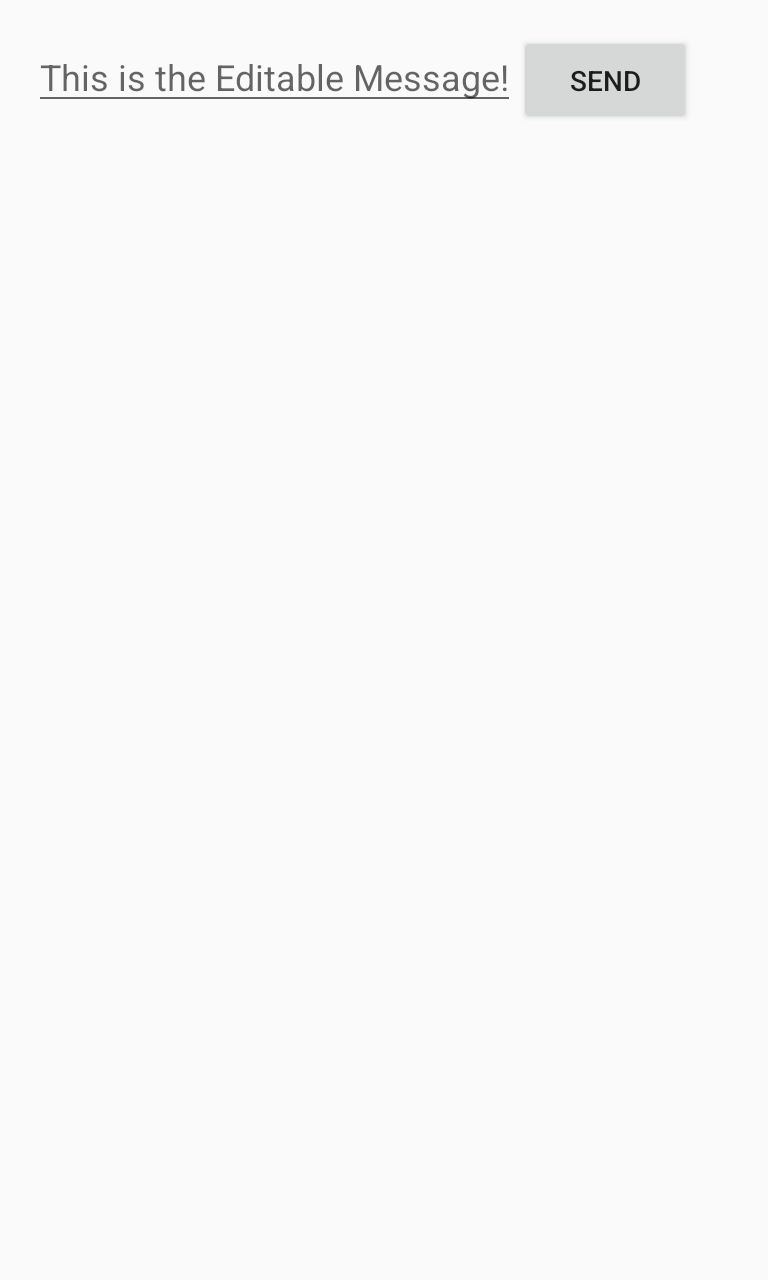
Repository: haidark/rahat
Layout: android/MyFirstApp/res/layout/fragment_main.xml
These files come from the project's save history. The layout is drawn as it stood at one moment and after the next save; the edit follows.
It is drawn on a 768 x 1280 px phone screen (xhdpi) without system bars, with theme AppTheme; the app's code is not run.

Above is the layout before, as saved 2014-04-21 20:50:09.

After the next save:
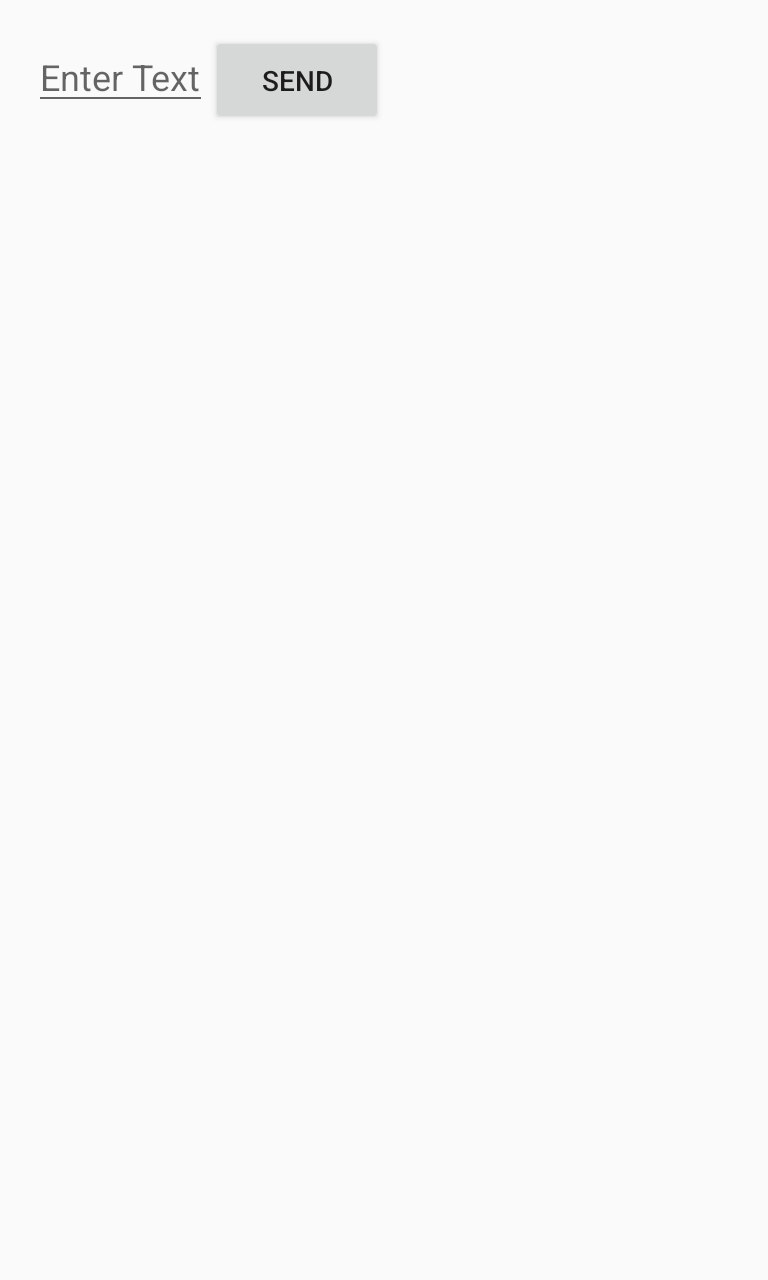
Saved 12 s later.
--- a/android/MyFirstApp/res/values/strings.xml
+++ b/android/MyFirstApp/res/values/strings.xml
@@ -2,7 +2,7 @@
 <resources>
 
     <string name="app_name">My First App</string>
-    <string name="edit_message">This is the Editable Message!</string>
+    <string name="edit_message">Enter Text</string>
     <string name="action_settings">Settings</string>
 	<string name="button_send">Send</string>
 </resources>
